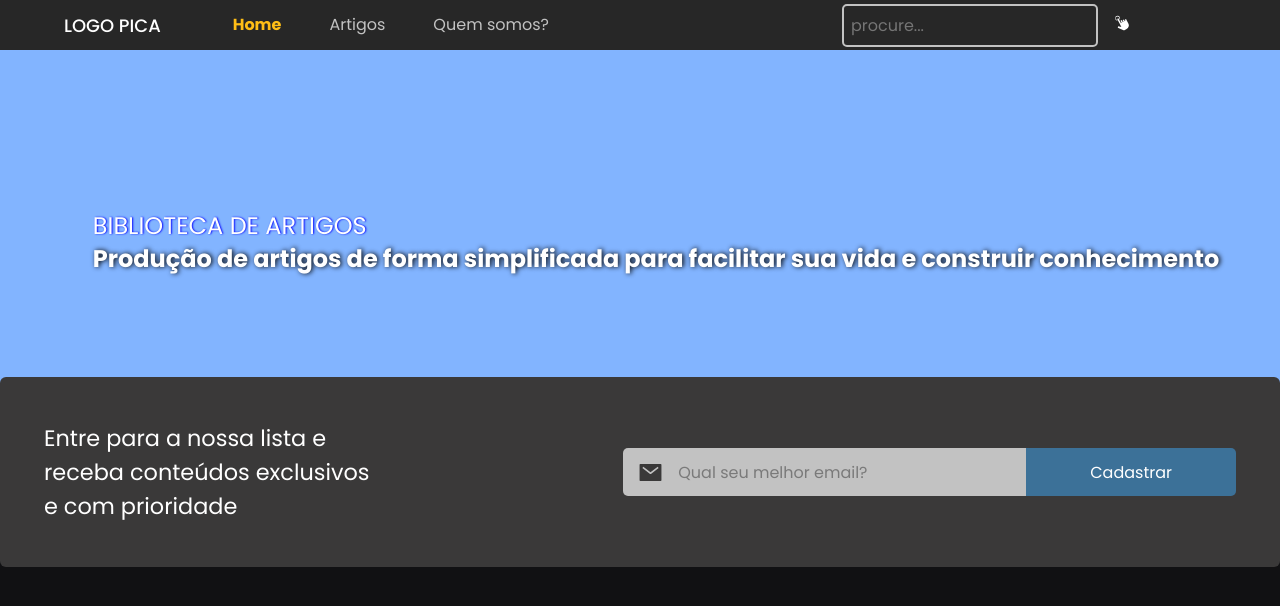
Repository: ArthurHendrich/Inepto
Page: /
The author's editor kept a copy of each file at every save. The page is drawn from the files as they stood at one save, then again after a run of saves.
The browser window is 1280 px wide. The pictures show the whole page.
The project was rebuilt for these pictures with package versions that can differ from the ones it lists, and the page was loaded fresh each time. The framework's server and built-in components were replaced by stand-ins that run in the browser. Also part of the build but not shown: next.config.js.

Above is the page before, as saved 2022-07-06 20:52:47.

After the next 2 saves:
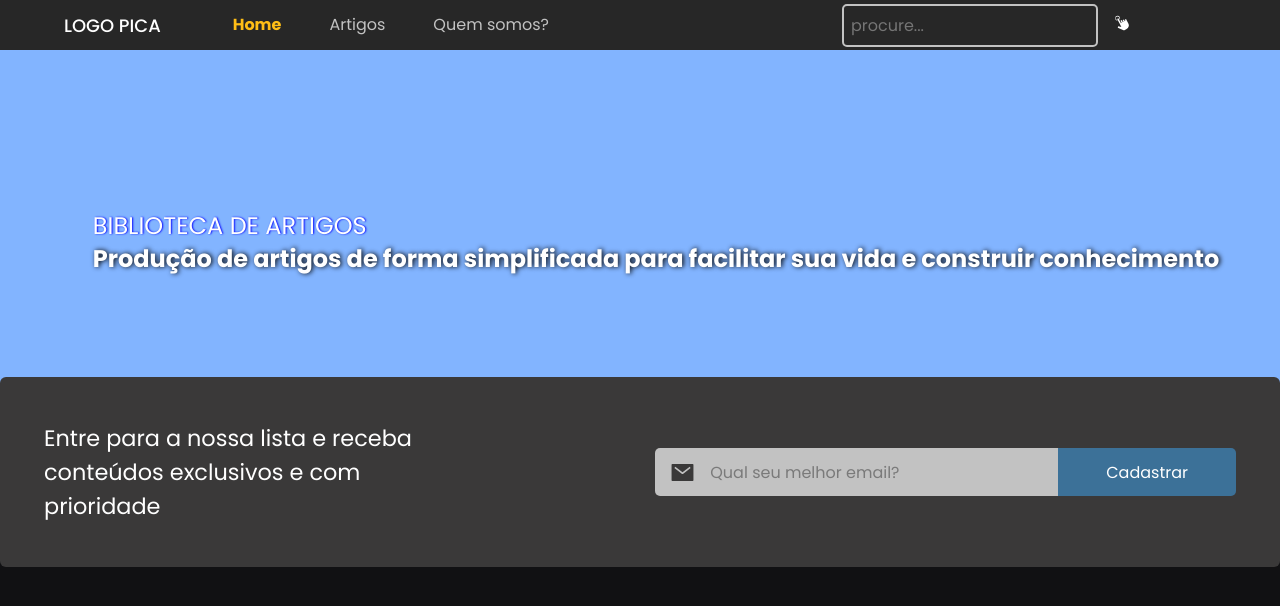
The 2 saves are shown as one change because they came seconds apart.
The last was saved 5 s later.
--- a/src/styles/home.module.scss
+++ b/src/styles/home.module.scss
@@ -81,8 +81,8 @@
       height: 3rem;
       background-color: var(--blue-200);
       border: 0;
-      padding-left: 4rem;
-      padding-right: 4rem;
+      padding-left: 3rem;
+      padding-right: 3rem;
       border-top-right-radius: 5px;
       border-bottom-right-radius: 5px;
       color: var(--white);
